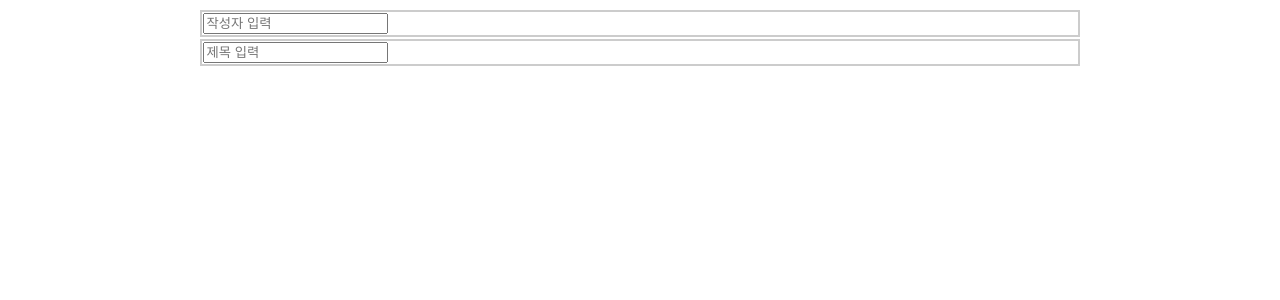
Repository: gudbrwkd98/JavaEE-JSP
Page: http://localhost/BoardApp/news/regist_form.jsp
These files come from the project's save history. The page is drawn as it stood at one moment and after the next save; the edit follows.
The browser window is 1280 px wide. The pictures show the whole page.
The page is served by Tomcat 9. Other server files are loaded and not shown.

Above is the page before, as saved 2020-12-09 02:09:55.

### BoardApp/WebContent/news/regist_form.jsp
<%@ page contentType="text/html;charset=utf-8"%>
<!DOCTYPE html>
<html>
<head>
<meta charset="utf-8">
<title>Insert title here</title>
<style>
table{
	width:70%;
}
td{
	border:2px solid #cccccc;
}

</style>
<script>
</script>
</head>
<body>
	<table align="center">
		<tr>
			<td><input type="text" placeholder="작성자 입력"></td>
		</tr>
		<tr>
			<td><input type="text" placeholder="제목 입력"></td>
		</tr>

	</table>
</body>
</html>

After the next save:
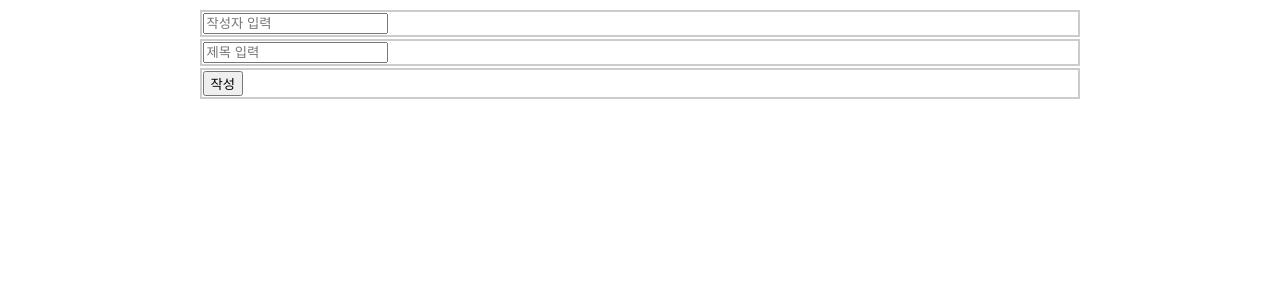
Saved 23 s later.
--- a/BoardApp/WebContent/news/regist_form.jsp
+++ b/BoardApp/WebContent/news/regist_form.jsp
@@ -24,7 +24,9 @@ td{
 		<tr>
 			<td><input type="text" placeholder="제목 입력"></td>
 		</tr>
-
+		<tr>
+			<td><input type="button" value="작성"></td>
+		</tr>
 	</table>
 </body>
 </html>
